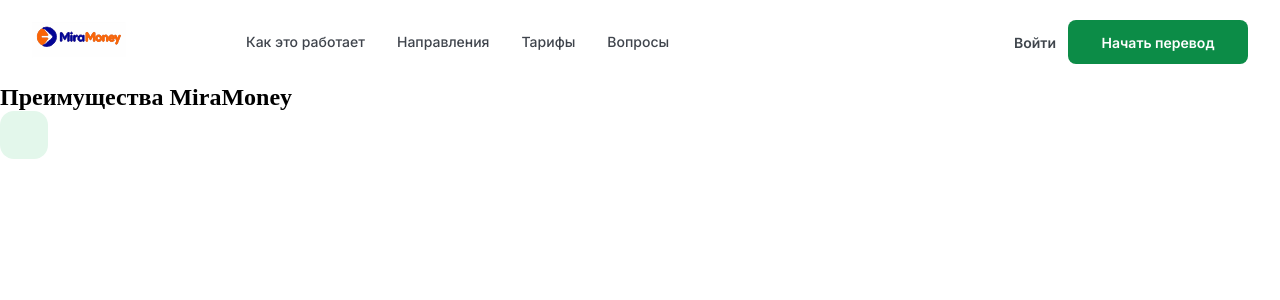
Repository: Shaiyr1/mira-money
Page: index.html
These files come from the project's save history. The page is drawn as it stood at one moment and after a run of saves; the edit follows.
The browser window is 1280 px wide. The pictures show the whole page.

Above is the page before, as saved 2026-10-20 16:21:11.

### index.html
<!DOCTYPE html>
<html lang="en">
<head>
    <meta charset="UTF-8">
    <meta http-equiv="X-UA-Compatible" content="IE=edge">
    <meta name="viewport" content="width=device-width, initial-scale=1.0">
    <link rel="stylesheet" href="/src/css/style.css">
    <title>Document</title>
</head>
<body>
    <header class="header">
        <nav class="header-nav">
            <a class="header-nav__link" href="">
                <img class="header-nav__link-logo" src="./src/img/logo.svg" alt="logo">
            </a>
            <ul class="header-nav__ul">
                <li class="header-nav__li">
                    <a class="header-nav__li-link" href="">Как это работает</a>
                </li>
                <li class="header-nav__li">
                    <a class="header-nav__li-link" href="">Направления</a>
                </li>
                <li class="header-nav__li">
                    <a class="header-nav__li-link" href="">Тарифы</a>
                </li>
                <li class="header-nav__li">
                    <a class="header-nav__li-link" href="">Вопросы</a>
                </li>
            </ul>
            <div class="header-nav__sign">
                <a class="header-nav__sign-link" href="">Войти</a>
                <button class="header-nav__sign-btn">Начать перевод</button>
            </div>
        </nav>
    </header>
    <main class="main">
        <section class="home">
            <div class="container">

            </div>
        </section>
        <section class="advantages">
            <div class="container">
                <h2 class="advantages__title">
                    Преимущества MiraMoney
                </h2>
                <div class="advantages-blocks">
                    <div class="advantages-block">
                        <img src="./src/img/icon.svg" alt="icon">
                    </div>
                </div>
            </div>
        </section>
    </main>
</body>
</html>

### src/css/style.css
@import url('https://fonts.googleapis.com/css2?family=Inter:ital,opsz,wght@0,14..32,100..900;1,14..32,100..900&display=swap');

* {
    margin: 0;
    padding: 0;
    box-sizing: border-box;
}

.header {}

.header-nav {
    width: 95%;
    height: 84px;
    margin: 0 auto;
    display: flex;
    align-items: center;
}

.header-nav__link {}

.header-nav__link-logo {}

.header-nav__ul {
    margin-left: 120px;
    display: flex;
    align-items: center;
    gap: 32px;
}

.header-nav__li {
    list-style-type: none;
}

.header-nav__li-link {
    text-decoration: none;
    color: #3f444c;
    font-size: 14px;
    font-family: Inter;
    font-weight: 500;
    transition: 0.4s;
}
.header-nav__li-link:hover {
    color: #0c8c47;
    transition: 0.4s;
    font-size: 14.5px;
}

.header-nav__sign {
    margin-left: auto;
    display: flex;
    align-items: center;
    gap: 12px;
}

.header-nav__sign-link {
    text-decoration: none;
    color: #3f454c;
    font-size: 14px;
    font-family: Inter;
    font-weight: 600;
    transition: 0.4s;
}
.header-nav__sign-link:hover {
    color: #0c8c47;
    transition: 0.4s;
    font-size: 14.5px;

}
.header-nav__sign-btn {
    background-color: #0c8c47;
    width: 180px;
    height: 44px;
    border-radius: 8px;
    color: #ffffff;
    font-size: 14px;
    font-family: Inter;
    font-weight: 600;
    border: none;
    cursor: pointer;
    transition: 0.4s;
}
.header-nav__sign-btn:hover {
    background-color: rgb(0, 96, 0);
    transition: 0.4s;
}

After the next 4 saves:
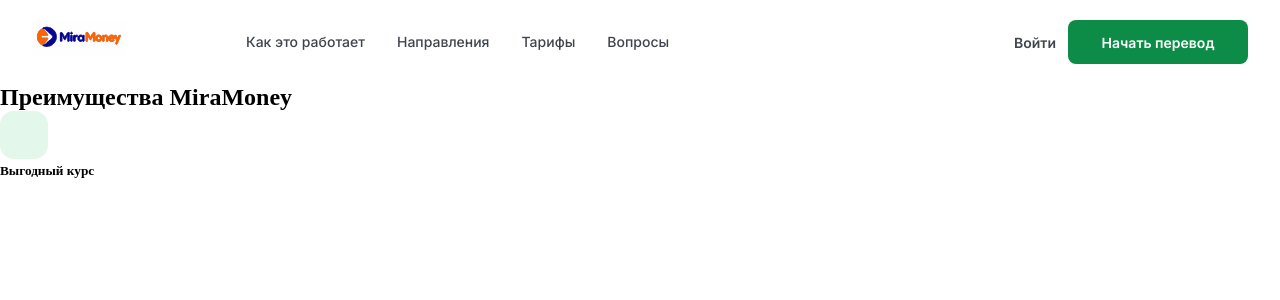
The 4 saves are shown as one change because they came seconds apart.
The last was saved 22 s later.
--- a/index.html
+++ b/index.html
@@ -47,6 +47,7 @@
                 <div class="advantages-blocks">
                     <div class="advantages-block">
                         <img src="./src/img/icon.svg" alt="icon">
+                        <h5 class="advantages-block__title">Выгодный курс</h5>
                     </div>
                 </div>
             </div>
